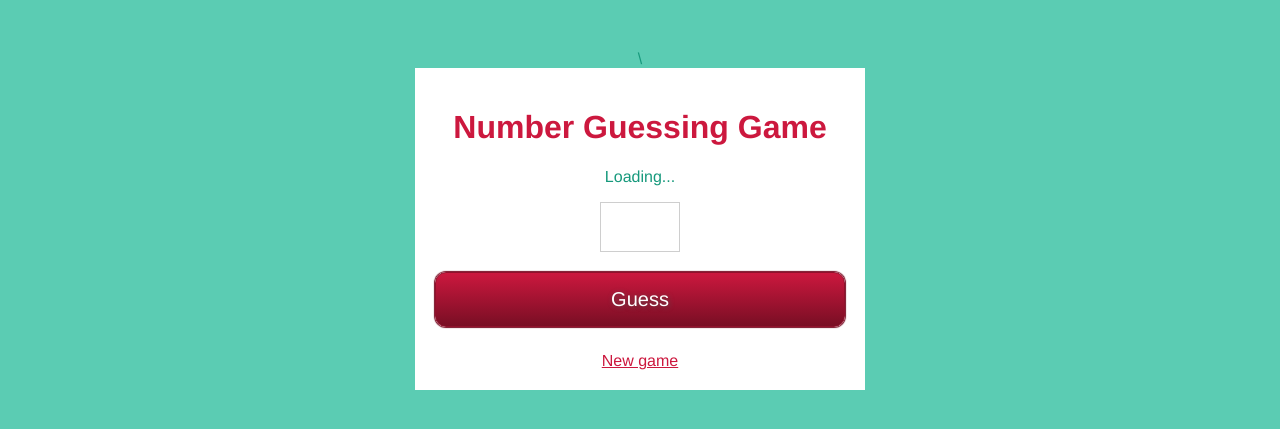
Repository: apopheny/JS230
Page: numberguesser.html
These files come from the project's save history. The page is drawn as it stood at one moment and after the next save; the edit follows.
The browser window is 1280 px wide. The pictures show the whole page.

Above is the page before, as saved 2024-01-25 17:10:15.

After the next save:
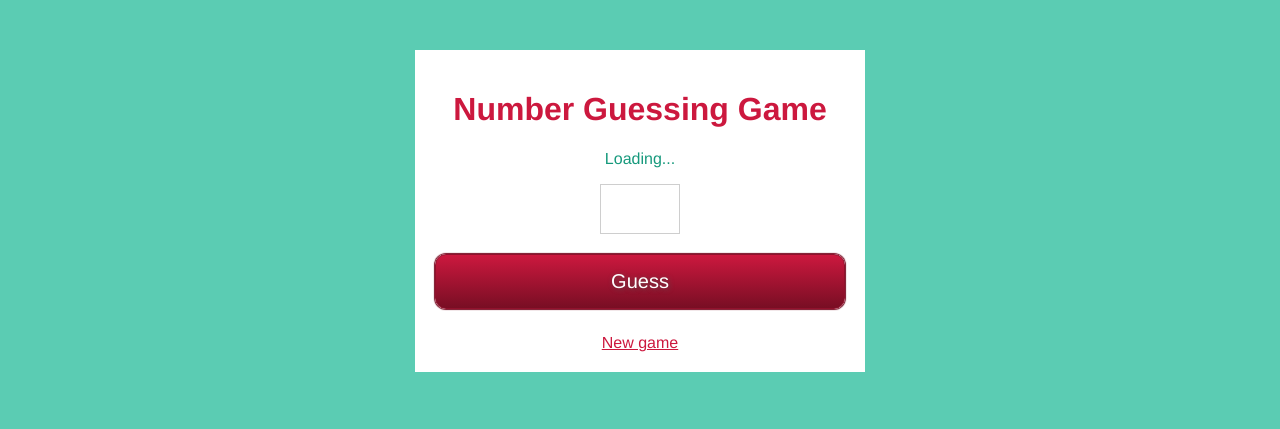
Saved 5 min 3 s later.
--- a/numberguesser.html
+++ b/numberguesser.html
@@ -2,7 +2,7 @@
 <html lang="en">
 <head>
   <meta charset="UTF-8">
-  <meta name="viewport" content="width=device-width, initial-scale=1.0">\
+  <meta name="viewport" content="width=device-width, initial-scale=1.0">
   <link rel="stylesheet" href="./numberguesser.css">
   <script src="./numberguesser.js"></script>
   <title>
